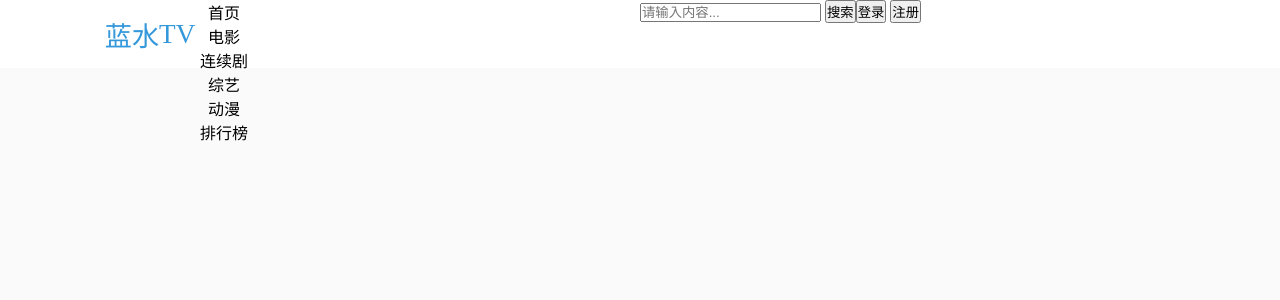
Repository: 842992406/blueWaterTV
Page: index.html
An editor plug-in stored every save of this project. The page is shown before and after the next save, followed by the edit.
The browser window is 1280 px wide. The pictures show the whole page.

Above is the page before, as saved 2022-05-05 15:31:22.

### index.html
<!DOCTYPE html>
<html lang="en">

<head>
  <meta charset="UTF-8">
  <meta http-equiv="X-UA-Compatible" content="IE=edge">
  <meta name="viewport" content="width=device-width, initial-scale=1.0">
  <title>蓝水TV</title>
  <link rel="stylesheet" href="./css/index.css">
</head>

<body>
  <!-- 头界面 -->
  <header>
    <!-- logo -->
    <div class="logo">
      <ul>
        <li>蓝</li>
        <li>水</li>
        <li>TV</li>
      </ul>
    </div>
    <!-- 导航栏 -->
    <div class="changeBox">
      <ul>
        <li>首页</li>
        <li>电影</li>
        <li>连续剧</li>
        <li>综艺</li>
        <li>动漫</li>
        <li>排行榜</li>
      </ul>
    </div>
    <div class="search">
      <input type="text" name="" id="" placeholder="请输入内容...">
      <button type="submit">搜索</button>
    </div>
    <!-- 登录注册按钮 -->
    <div class="userLogin">
      <button type="submit">登录</button>
      <button type="submit">注册</button>
    </div>
  </header>
  <!-- 主界面 -->
  <main></main>
  <!-- 脚页面 -->
  <footer></footer>
</body>

</html>

### css/index.css
*{
  padding: 0;
  margin: 0;
  box-sizing: border-box;
}

body{
  width: 100vw;
  height: 100vh;
  background-color: rgb(250, 250, 250);
}

/* 所有的 li 的前面的点都去掉 */
li{
  list-style: none;
}

header{
  width: 100vw;
  height: 68px;
  background-color: rgb(255, 255, 255);
  display: flex;
  padding:0 80px;
}

.logo>ul{
  width: 100px;
  height: 100%;
  display: flex;
  font-size: 1.7em;
  justify-content: center;
  align-items: center;
  margin-left: 20px;
  color: #3498db;
  /* 鼠标变为小手 */
  cursor: pointer;
}

.logo>ul li {
  transition: 1s;
}
/* logo的第一个单词 */
.logo>ul>li:nth-of-type(1):hover{
  transform: rotate(360deg);
  color: aqua;
}
/* logo的第二个单词 */
.logo>ul>li:nth-of-type(2):hover{
  transform: scale(1.2);
  color: #f1c40f;
}
/* logo的第三个单词 */
.logo>ul>li:nth-of-type(3):hover{
  transform: rotate(360deg);
  color: #60a3bc;
}

/* 导航栏 */
.changeBox{
  width: 440px;
  height: 100%;
  display: flex;
}

.changeBox ul li{
  display: flex;
  flex-direction: row;
  justify-content: center;
  align-items: center;
}

.changeBox>ul li{
  display: flex;
}

After the next save:
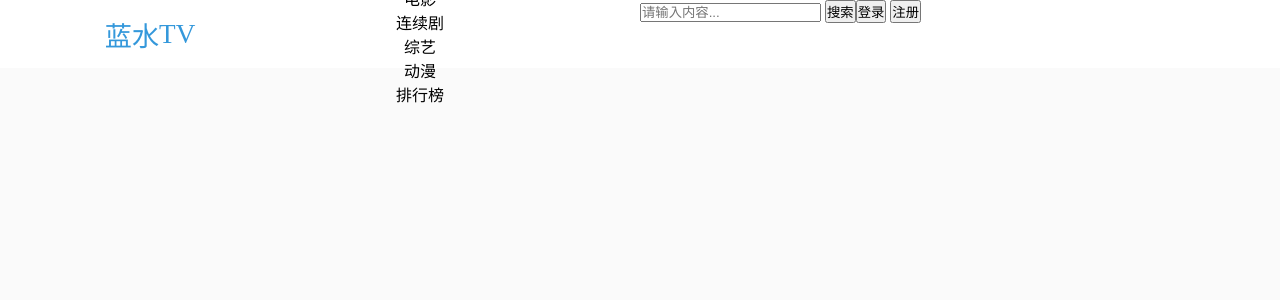
Saved 12 s later.
--- a/css/index.css
+++ b/css/index.css
@@ -60,11 +60,12 @@
   width: 440px;
   height: 100%;
   display: flex;
+  justify-content: center;
+  align-items: center;
 }
 
 .changeBox ul li{
   display: flex;
-  flex-direction: row;
   justify-content: center;
   align-items: center;
 }

After the save that followed:
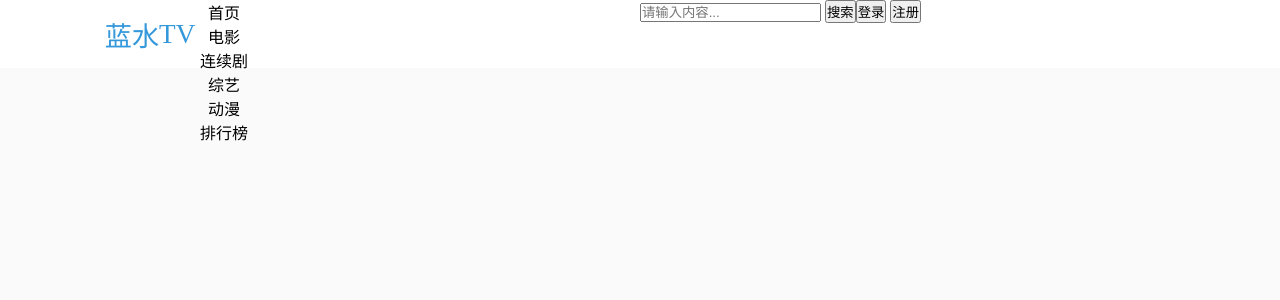
Saved 6 s later.
--- a/css/index.css
+++ b/css/index.css
@@ -60,8 +60,6 @@
   width: 440px;
   height: 100%;
   display: flex;
-  justify-content: center;
-  align-items: center;
 }
 
 .changeBox ul li{
